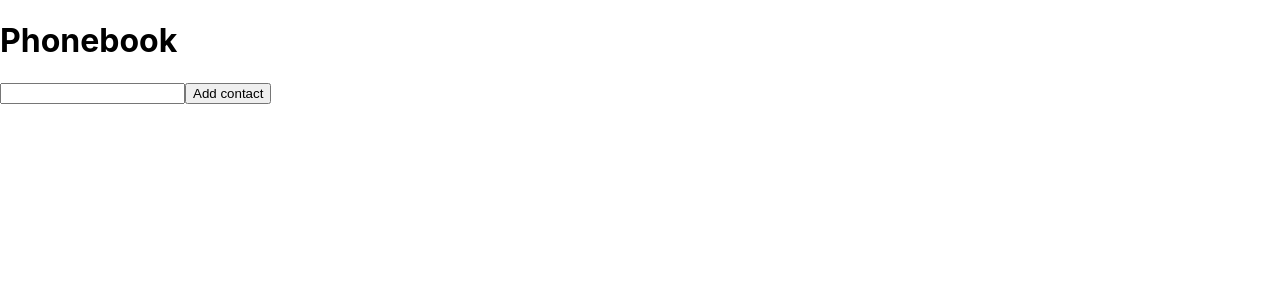
Repository: alexshlikhta/goit-react-hw-02-phonebook
Page: /
These files come from the project's save history. The page is drawn as it stood at one moment and after a run of saves; the edit follows.
The browser window is 1280 px wide. The pictures show the whole page.
The project was rebuilt for these pictures with package versions that can differ from the ones it lists, and the page was loaded fresh each time. Also part of the build but not shown: src/App.css.

Above is the page before, as saved 2021-12-08 22:45:33.

### src/App.js
import './App.css';
import React, { Component } from 'react';
import { nanoid } from 'nanoid';

export default class App extends Component {
	state = {
		contacts: [],
		name: '',
		number: '',
	};

	userExist = false;

	handleChange = (e) => {
		this.setState({
			name: e.target.value,
		});
	};

	handleSubmit = (e) => {
		e.preventDefault();

		if (!this.state.contacts.includes(this.state.name)) {
			this.userExist = false;
			this.setState((prevState) => ({
				contacts: [...prevState.contacts, this.state.name],
			}));
			this.clearFields();
		} else {
			this.userExist = true;
			this.clearFields();
		}
	};

	handleDeleteItem = (e) => {};

	clearFields = () => {
		this.setState({
			name: '',
		});
	};

	render() {
		const userExist = this.userExist;

		return (
			<>
				<h1>Phonebook</h1>

				<form onSubmit={this.handleSubmit}>
					<input
						type='text'
						name='name'
						pattern="^[a-zA-Zа-яА-Я]+(([' -][a-zA-Zа-яА-Я ])?[a-zA-Zа-яА-Я]*)*$"
						title="Name may contain only letters, apostrophe, dash and spaces. For example Adrian, Jacob Mercer, Charles de Batz de Castelmore d'Artagnan"
						required
						value={this.state.name}
						onChange={this.handleChange}
					/>

					<button type='submit'>Add contact</button>
				</form>

				<ul>
					{this.state.contacts.map((el, index) => (
						<li id={nanoid()} key={index}>
							{el}

							<button onClick={this.handleDeleteItem}>Delete</button>
						</li>
					))}
					{userExist ? <span>This user exists</span> : ''}
				</ul>
			</>
		);
	}
}

Loaded but not shown: public/index.html (common file); src/index.js (common file); src/index.css (common file)

After the next 2 saves:
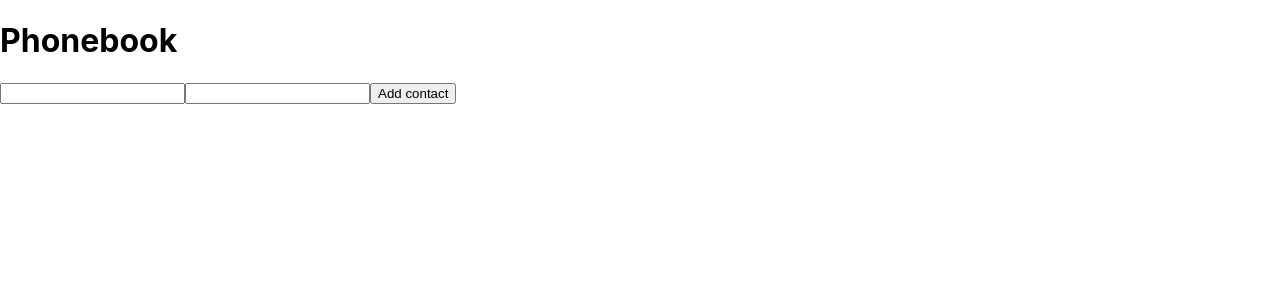
The 2 saves are shown as one change because they came seconds apart.
The last was saved 11 s later.
--- a/src/App.js
+++ b/src/App.js
@@ -58,6 +58,16 @@ export default class App extends Component {
 						onChange={this.handleChange}
 					/>
 
+					<input
+						type='text'
+						name='name'
+						pattern="^[a-zA-Zа-яА-Я]+(([' -][a-zA-Zа-яА-Я ])?[a-zA-Zа-яА-Я]*)*$"
+						title="Name may contain only letters, apostrophe, dash and spaces. For example Adrian, Jacob Mercer, Charles de Batz de Castelmore d'Artagnan"
+						required
+						value={this.state.name}
+						onChange={this.handleChange}
+					/>
+
 					<button type='submit'>Add contact</button>
 				</form>
 
